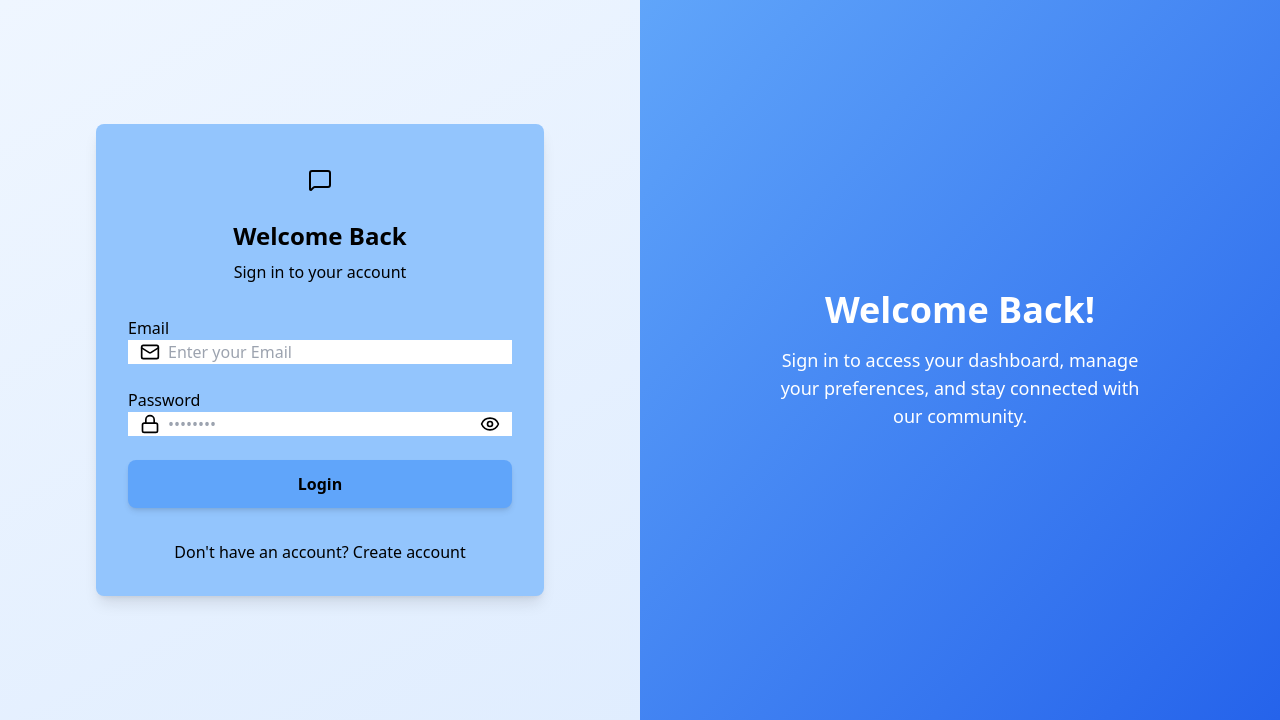
Repository: Subhashree-Nayak507/Test
Page: /login (app in client/)
The author's editor kept a copy of each file at every save. The page is drawn from the files as they stood at one save, then again after the next save.
The browser window is 1280 px wide. The pictures show the whole page.
The project was rebuilt for these pictures with package versions that can differ from the ones it lists, and the page was loaded fresh each time. Also part of the build but not shown: client/vite.config.js, client/src/pages/FormPage.jsx, client/src/pages/SignupPage.jsx.

Above is the page before, as saved 2025-01-06 09:06:48.

After the next save:
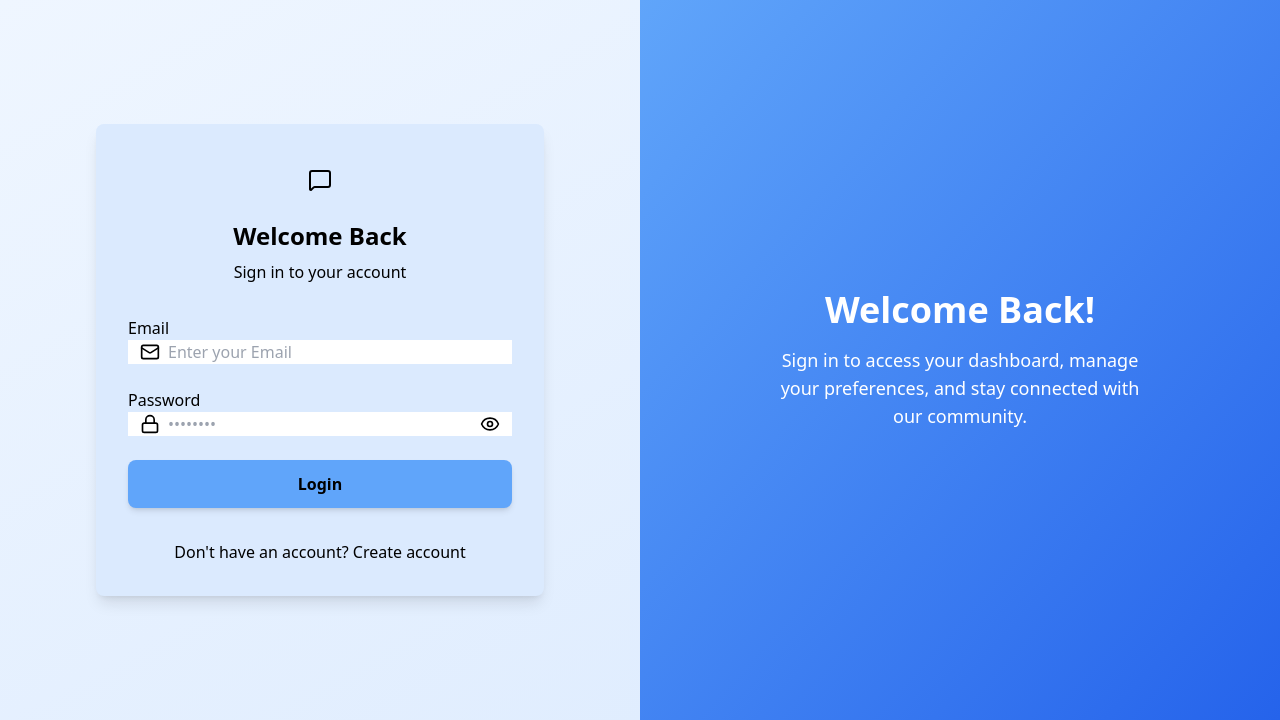
Saved 12 s later.
--- a/client/src/pages/LoginPage.jsx
+++ b/client/src/pages/LoginPage.jsx
@@ -23,7 +23,7 @@ const LoginPage = () => {
     <div className="h-screen grid lg:grid-cols-2 bg-gradient-to-br from-blue-50 to-blue-100">
       {/* Left Side - Form */}
       <div className="flex flex-col justify-center items-center p-6 sm:p-12">
-        <div className="w-full max-w-md space-y-8 bg-blue-300 p-8 shadow-lg rounded-lg">
+        <div className="w-full max-w-md space-y-8 bg-blue-100 p-8 shadow-lg rounded-lg">
           {/* Logo */}
           <div className="text-center mb-8">
             <div className="flex flex-col items-center gap-2 group">
